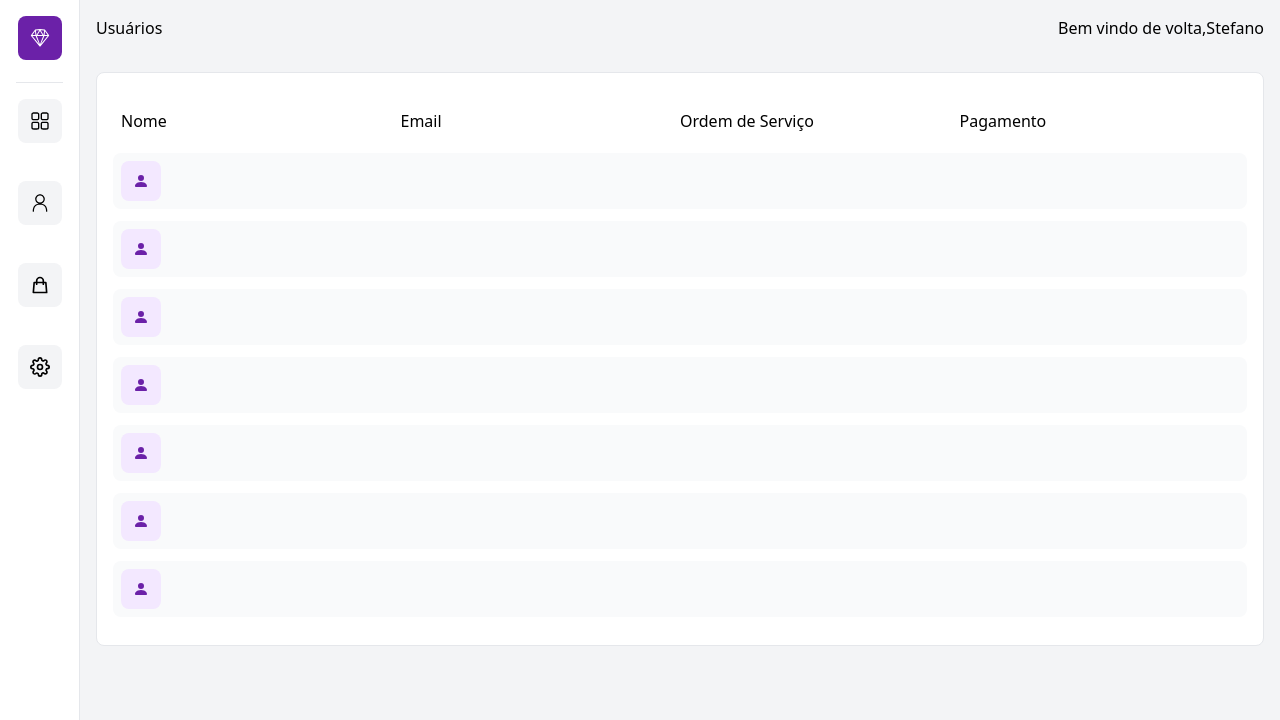
Repository: stefanosousaa/dashboard-next13
Page: /costumers
These files come from the project's save history. The page is drawn as it stood at one moment and after the next save; the edit follows.
The browser window is 1280 px wide. The pictures show the whole page.
The project was rebuilt for these pictures with package versions that can differ from the ones it lists, and the page was loaded fresh each time. The framework's server and built-in components were replaced by stand-ins that run in the browser. Also part of the build but not shown: next.config.js.

Above is the page before, as saved 2023-05-16 19:28:20.

### pages/_app.js
import Sidebar from '@/components/Sidebar'
import '@/styles/globals.css'

export default function App({ Component, pageProps }) {
  return (
    <Sidebar>
        <Component {...pageProps} />
    </Sidebar>

  )
}

### pages/costumers.jsx
import React from 'react'
import {BsPersonFill, BsThreeDotsVertical} from 'react-icons/bs'
import {data} from '../data/data.js'

const costumers = () => {
  return (
    <div className='bg-gray-100 min-h-screen'>
        <div className='flex justify-between p-4'>
            <h2>Usuários</h2>
            <h2>Bem vindo de volta,Stefano</h2>
        </div>
        <div className='p-4'>
            <div className='w-full m-auto p-4 border rounded-lg bg-white overflow-y-auto'>
              <div className='my-3 p-2 grid md:grid-cols-4 sm:grid-cols-3 grid-cols-2 items-center justify-between cursor-pointer'>
                <span>Nome</span>
                <span className='sm:text-left text-right'>Email</span>
                <span className='hidden md:grid'>Ordem de Serviço</span>
                <span className='hidden sm:grid'>Pagamento </span>
              </div>
              <ul>
                {data.map((order,id) => (
                    <li key={id} className='bg-gray-50 hover:bg-gray-100 rounded-lg my-3 p-2 grid md:grid-cols-4 sm:grid-cols-3 grid-cols-2 items-center justify-between cursor-pointer'>
                      <div className='flex items-center'>
                          <div className='bg-purple-100 p-3 rounded-lg'>
                             <BsPersonFill className='text-purple-800'/>
                           </div>
                      </div>

                    </li>
                ))}
              </ul>
            </div>
        </div>
    </div>
  )
}

export default costumers

### components/Sidebar.jsx
import Link from 'next/link'
import Image from 'next/image'
import React from 'react'
import {RxSketchLogo,RxDashboard, RxPerson} from 'react-icons/rx'
import {FiSettings} from 'react-icons/fi'
import {HiOutlineShoppingBag} from 'react-icons/hi'

const Sidebar = ({children}) => {
  return (
    <div className='flex'>
        <div className='fixed w-20 h-screen p-4 bg-white border-r-[1px] flex flex-col justify-between'>
        <div className='flex flex-col items-center'>

          <Link href='/'>
            <div className='bg-purple-800 text-white p-3 rounded-lg inline-block'>
              <RxSketchLogo size={20}/>
            </div>
          </Link>
          <span className='border-b-[1px] border-gray-200 w-full p-2'></span>
          <Link href='/'>
            <div className='bg-gray-100 hover:bg-gray-200 cursor-pointer my-4 p-3 rounded-lg inline-block'>
              <RxDashboard size={20}/>
            </div>
          </Link>
          <Link href='/costumers'>
            <div className='bg-gray-100 hover:bg-gray-200 cursor-pointer my-4 p-3 rounded-lg inline-block'>
              <RxPerson size={20}/>
            </div>
          </Link>
          <Link href='/orders'>
            <div className='bg-gray-100 hover:bg-gray-200 cursor-pointer my-4 p-3 rounded-lg inline-block'>
              <HiOutlineShoppingBag size={20}/>
            </div>
          </Link>
          <Link href='/'>
            <div className='bg-gray-100 hover:bg-gray-200 cursor-pointer my-4 p-3 rounded-lg inline-block'>
              <FiSettings size={20}/>
            </div>
          </Link>
        </div>
        </div>

        <main className='ml-20 w-full'>{children}</main>
    </div>
  )
}

export default Sidebar

### data/data.js
export const data = [
    {
        id:1,
        name: {
            first: 'Stefano',
            last: 'Sousa',
        },
        total: 2147.00,
        status: 'On Hold',
        method: 'PayPal',
        date: '15 minutos atrás',
    },
    {
        id:2,
        name: {
            first: 'Stefano',
            last: 'Sousa',
        },
        total: 2147.00,
        status: 'On Hold',
        method: 'PayPal',
        date: '15 minutos atrás',
    },
    {
        id:3,
        name: {
            first: 'Stefano',
            last: 'Sousa',
        },
        total: 2147.00,
        status: 'On Hold',
        method: 'PayPal',
        date: '15 minutos atrás',
    },
    {
        id:4,
        name: {
            first: 'Stefano',
            last: 'Sousa',
        },
        total: 2147.00,
        status: 'On Hold',
        method: 'PayPal',
        date: '15 minutos atrás',
    },
    {
        id:5,
        name: {
            first: 'Stefano',
            last: 'Sousa',
        },
        total: 2147.00,
        status: 'On Hold',
        method: 'PayPal',
        date: '15 minutos atrás',
    },
    {
        id:6,
        name: {
            first: 'Stefano',
            last: 'Sousa',
        },
        total: 2147.00,
        status: 'On Hold',
        method: 'PayPal',
        date: '15 minutos atrás',
    },
    {
        id:7,
        name: {
            first: 'Stefano',
            last: 'Sousa',
        },
        total: 2147.00,
        status: 'On Hold',
        method: 'PayPal',
        date: '15 minutos atrás',
    },
]

Loaded but not shown: pages/_document.js (common file); pages/api/hello.js (common file); styles/globals.css (common file); tailwind.config.js (common file)

After the next save:
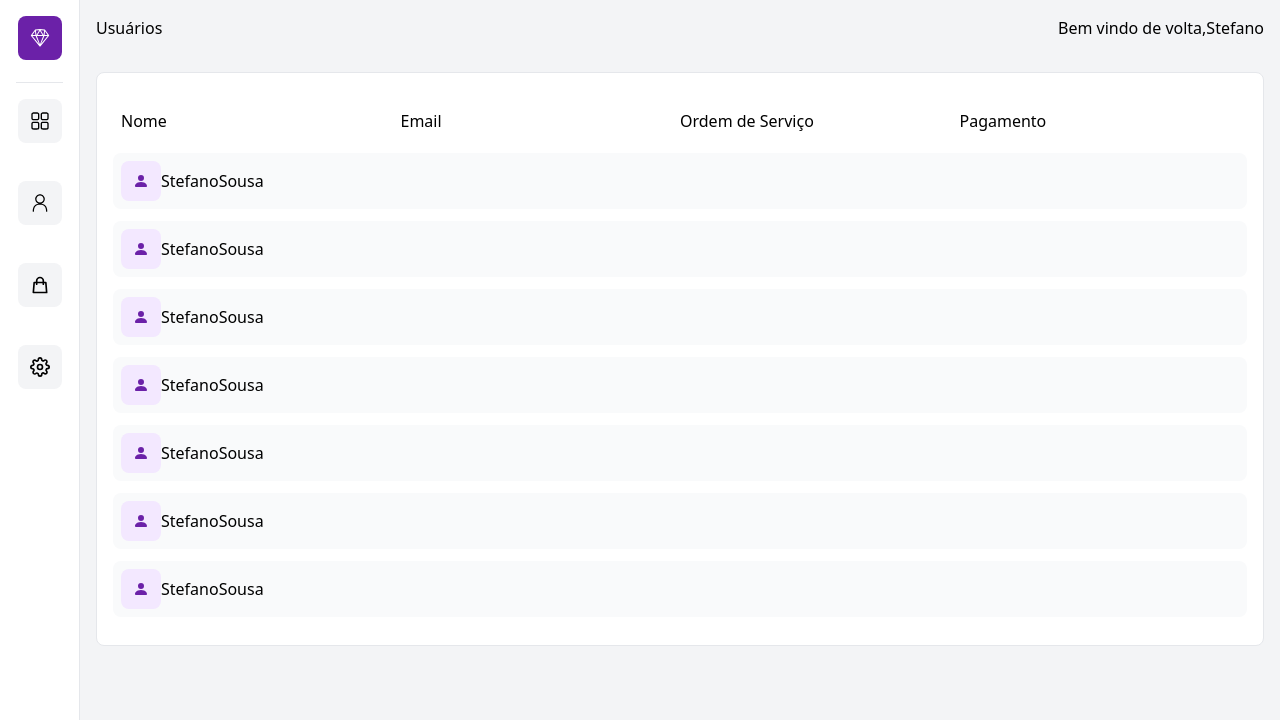
Saved 2 min 1 s later.
--- a/pages/costumers.jsx
+++ b/pages/costumers.jsx
@@ -24,6 +24,7 @@ const costumers = () => {
                           <div className='bg-purple-100 p-3 rounded-lg'>
                              <BsPersonFill className='text-purple-800'/>
                            </div>
+                           <p>{order.name.first + '' + order.name.last}</p>
                       </div>
 
                     </li>
